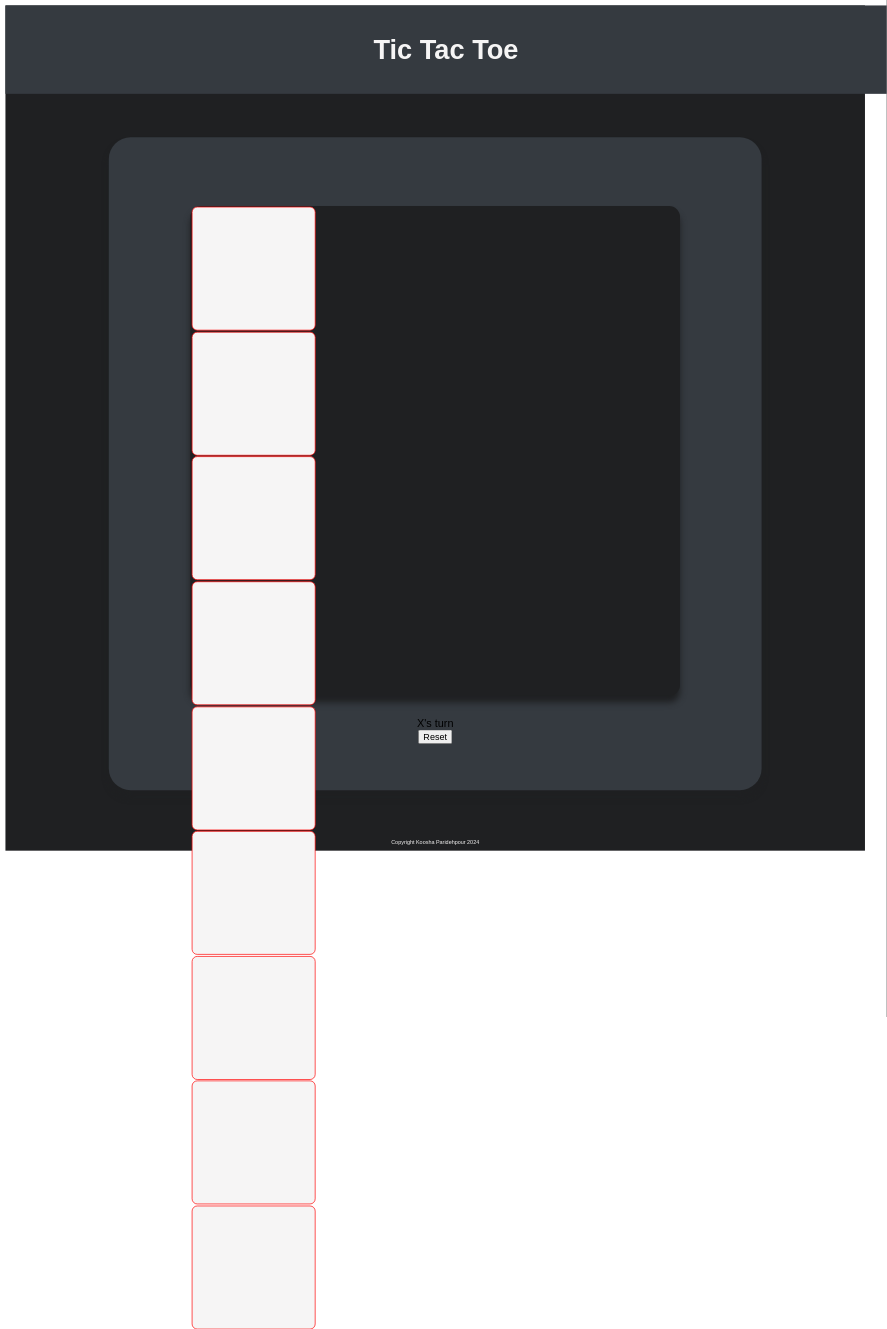
Repository: KooshaPari/odin-TTT
Page: index.html
The author's editor kept a copy of each file at every save. The page is drawn from the files as they stood at one save, then again after the next save.
The browser window is 1280 px wide. The page is 1304 px wide, so the pictures cover 1304 px, including what lies to the right of the window. The pictures show the whole page, at 68% of full size.

Above is the page before, as saved 2024-03-14 22:51:55.

After the next save:
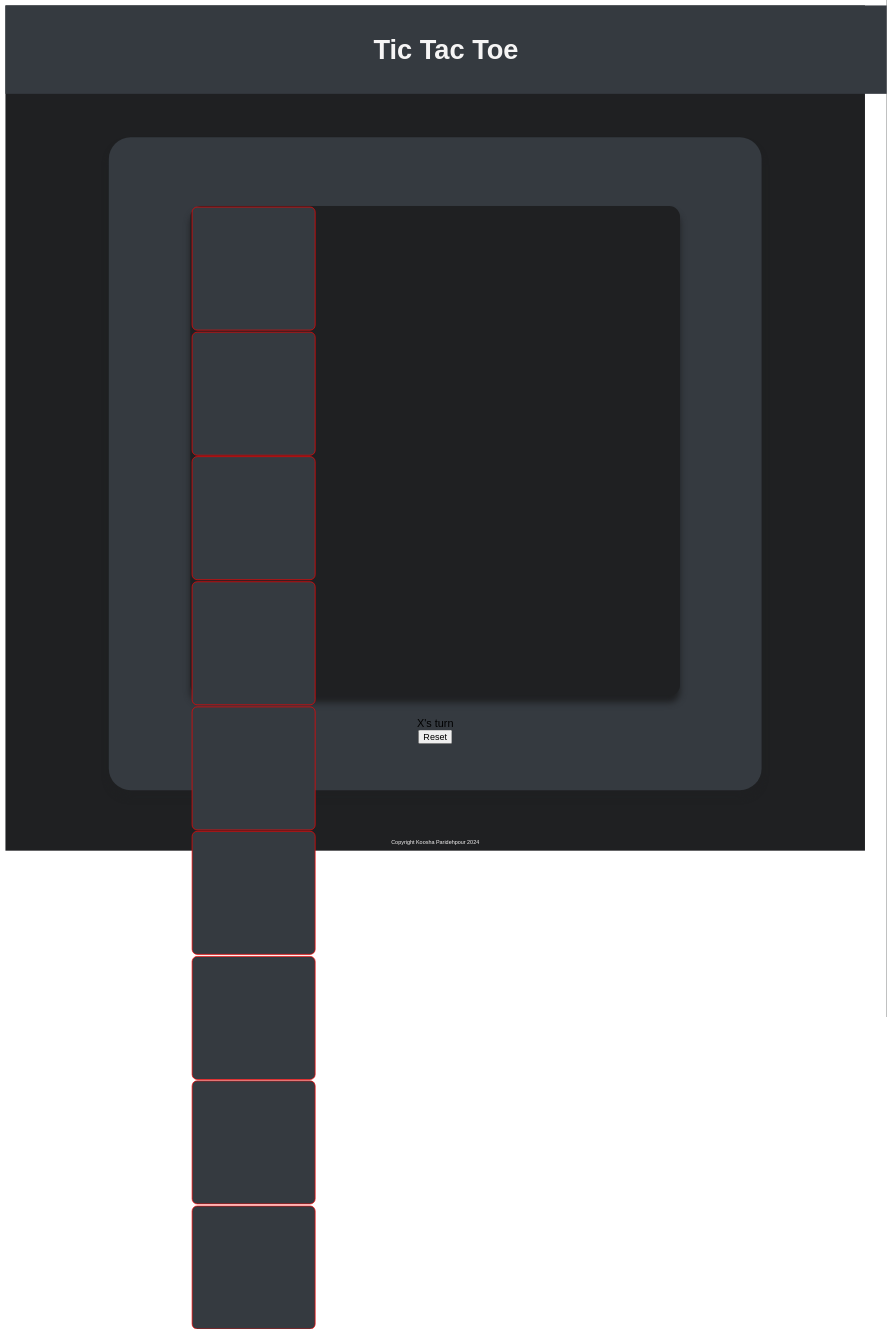
Saved 9 s later.
--- a/style.css
+++ b/style.css
@@ -102,7 +102,7 @@
   margin: 0.1em;
   width: 25%;
   height: 25%;
-  background-color: #f6f5f5;
+  background-color: #353a40;
   border-radius: 0.5em;
   -webkit-border-radius: 0.5em;
   -moz-border-radius: 0.5em;
